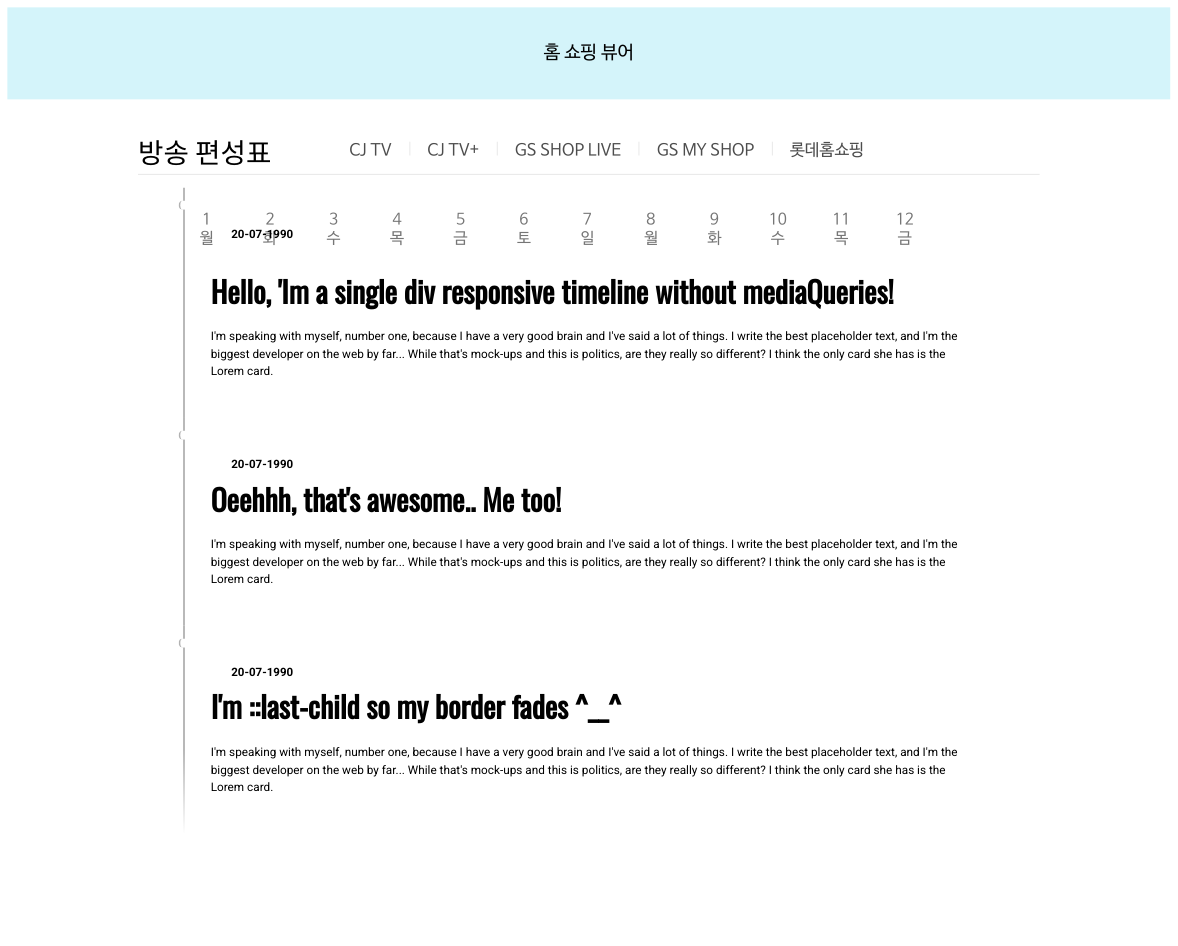
Repository: Kds010/HomeShopping
Page: http://localhost/index
The author's editor kept a copy of each file at every save. The page is drawn from the files as they stood at one save, then again after the next save.
The browser window is 1280 px wide. The pictures show the whole page, at 92% of full size.
The page is this project's Thymeleaf template; nobody is signed in. The template is opened directly, without the code that normally fills it, so the values that code supplies are empty.

Above is the page before, as saved 2021-12-18 10:07:16.

After the next save:
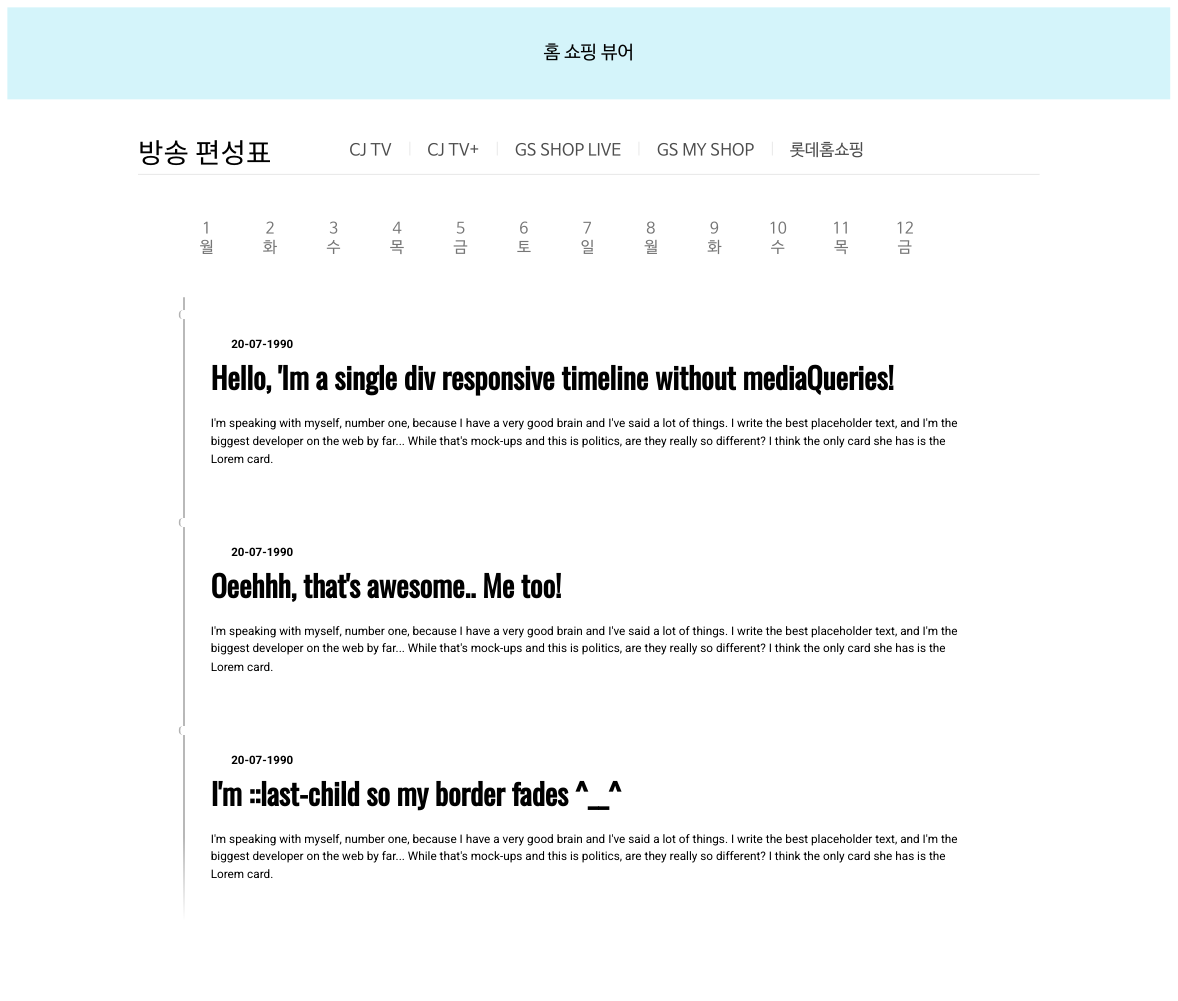
Saved 2 min 41 s later.
--- a/homeshopping/src/main/resources/static/css/main.css
+++ b/homeshopping/src/main/resources/static/css/main.css
@@ -141,6 +141,10 @@ a{
     height: 15px;
     background-color: #e6e6e6;
     content: '';
+}
+
+.list_date {
+	display: inline-block;
 }
 
 .list_date li{
